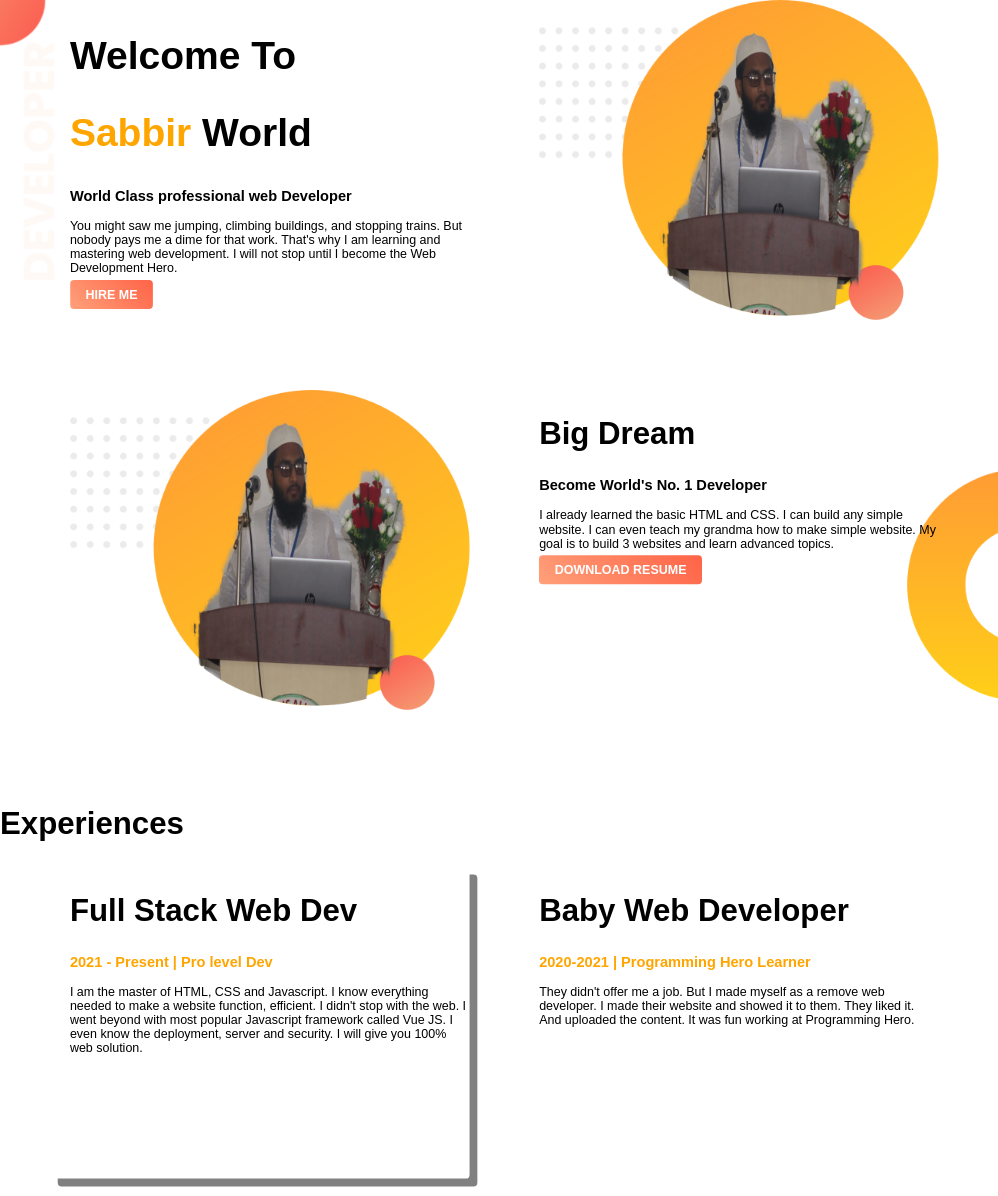
Repository: sabbircse3/web-protfolio
Page: index.html
These files come from the project's save history. The page is drawn as it stood at one moment and after a run of saves; the edit follows.
The browser window is 1280 px wide. The pictures show the whole page, at 78% of full size.

Above is the page before, as saved 2021-01-04 10:44:22.

After the next 2 saves:
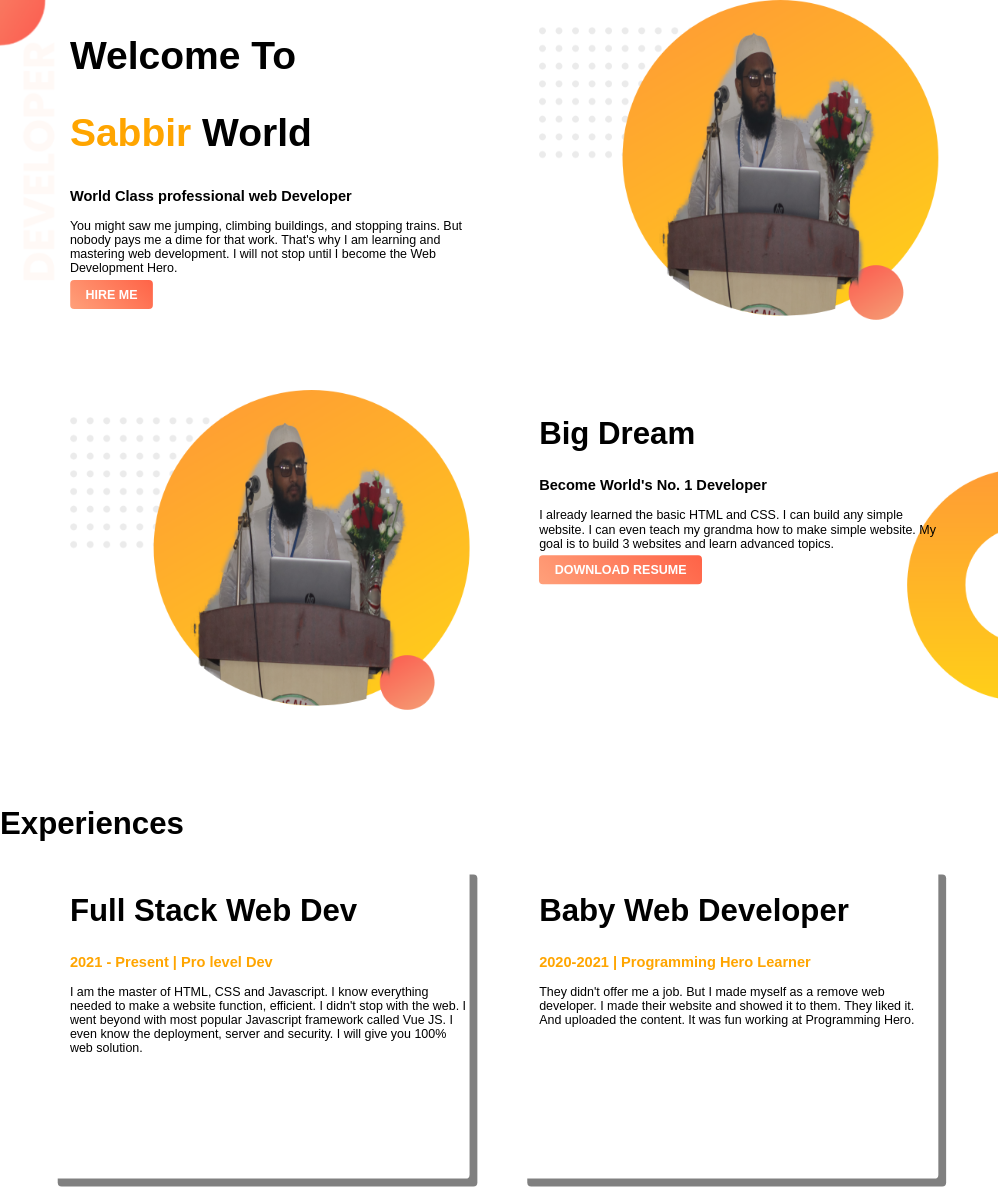
The 2 saves are shown as one change because they came seconds apart.
The last was saved 26 s later.
--- a/index.html
+++ b/index.html
@@ -46,7 +46,7 @@
 
         </div>
 
-        <div class="half-width">
+        <div class="half-width single-experience">
             <h2>Baby Web Developer</h2>
             <h3 class="orange-highlight">2020-2021 | Programming Hero Learner</h3>
             <p>They didn't offer me a job. But I made myself as a remove web developer. I made their website and showed it to them. They liked it. And uploaded the content. It was fun working at Programming Hero.</p>
